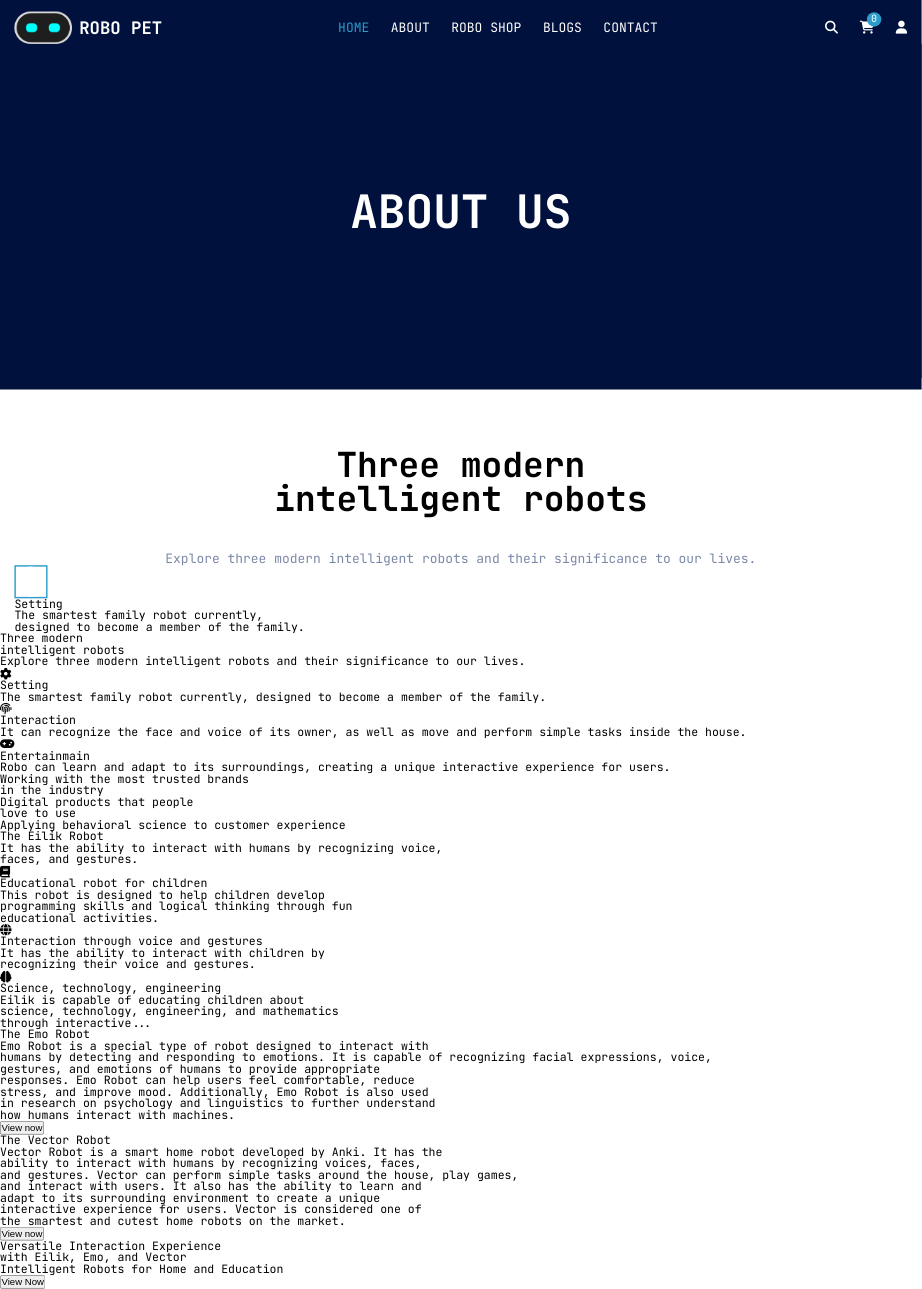
Repository: trietle101/du-an-1
Page: http://localhost/about.html
The author's editor kept a copy of each file at every save. The page is drawn from the files as they stood at one save, then again after the next save.
The browser window is 1280 px wide. The pictures show the whole page, at 72% of full size.
Some web libraries are served in a nearby version. The page is run by PHP 8.4 with error messages shown; the project is at /var/www/html/.

Above is the page before, as saved 2023-03-12 22:27:42.

### about.html
<!DOCTYPE html>
<html lang="en">
  <head>
    <meta charset="UTF-8" />
    <meta http-equiv="X-UA-Compatible" content="IE=edge" />
    <meta name="viewport" content="width=device-width, initial-scale=1.0" />
    <title>About</title>
    <link rel="stylesheet" href="assets/css/reset.css" />
    <link rel="preconnect" href="https://fonts.googleapis.com" />
    <link rel="preconnect" href="https://fonts.gstatic.com" crossorigin />
    <link rel="stylesheet" href="assets/css/about.css">
    <link
      href="https://fonts.googleapis.com/css2?family=JetBrains+Mono:wght@300;400;500;700&display=swap"
      rel="stylesheet"
    />
    <script
      src="https://kit.fontawesome.com/08ee78edd1.js"
      crossorigin="anonymous"
    ></script>
  </head>
  <body>
    <header class="header">
      <div class="container">
        <nav class="header-nav">
          <a href="#" class="header-logo">
            <img src="assets/img/logo.png" />
            <span>ROBO PET</span>
          </a>

          <ul class="nav__list">
            <li class="nav__item">
              <a href="#" class="nav__link active">Home</a>
            </li>
            <li class="nav__item">
              <a href="#" class="nav__link">About</a>
            </li>
            <li class="nav__item">
              <a href="#" class="nav__link">Robo shop</a>
            </li>
            <li class="nav__item">
              <a href="#" class="nav__link">Blogs</a>
            </li>
            <li class="nav__item">
              <a href="#" class="nav__link">Contact</a>
            </li>
          </ul>

          <ul class="nav__list">
            <li class="nav__item">
              <a href="" class="nav__link"
                ><i class="fa-solid fa-magnifying-glass"></i
              ></a>
            </li>
            <li class="nav__item">
              <a href="" class="nav__link absolute">
                <i class="fa-solid fa-cart-shopping"></i>
                <span>0</span>
              </a>
            </li>
            <li class="nav__item">
              <a href="" class="nav__link"><i class="fa-solid fa-user"></i></a>
            </li>
          </ul>
        </nav>
      </div>
      <div class="header-banner">
        <div class="container">
          <h1 class="banner-title">ABOUT US</h1>
        </div>
      </div>
    </header>
    <section class="modern">
      <div class="container">
        <h2 class="modern-title">Three modern <br> intelligent robots</h2>
        <p class="modern-desc">Explore three modern intelligent robots and their significance to our lives.</p>
        <div class="modern-box">
          <div class="modern-item">
            <i class="fa-solid fa-gear"></i>
            <h3 class="modern-box-title">Setting</h3>
            <p class="modern-box-desc">The smartest family robot currently, designed to become a member of the family.</p>
          </div>
        </div>
      </div>
    </section>

    <!--phần banner-->
    <div class="banner">
           </div>
           <div class="name2">
            <h2>Three modern <br>
              intelligent robots</h2>
            <p>Explore three modern intelligent robots and their significance to our lives.</p>

        <div class="box-top">
            <div class="namebox">
                <i class="fa-solid fa-gear"></i>
                <h3>Setting</h3>
                <p>The smartest family robot currently, designed to become a member of the family.</p>
            </div>


            <div  class="namebox">
              <i class="fa-solid fa-fingerprint"></i>
                <h3>Interaction</h3>
                <p>It can recognize the face and voice of its owner, as well as move and perform simple tasks inside the house.</p>
            </div>


            <div class="namebox">
              <i class="fa-solid fa-gamepad"></i>
                <h3>Entertainmain</h3>
                <p>Robo can learn and adapt to its surroundings, creating a unique interactive experience for users.</p>
            </div>
        </div>

        <div class="name2">
          <h2>Working with the most trusted brands <br> in the industry</h2>
        </div>

        <div class="banner2">
        </div>
        <div class="namebanner2">
          <h4>Digital products that people <br> love to use</h4>
          <p>Applying behavioral science to customer experience</p>
          <div class="box-text">
            <h5>The Eilik Robot</h5>
            <p>It has the ability to interact with humans by recognizing voice,<br> faces, and gestures.</p>
               <div class="box-content">
                <i class="fa-solid fa-book"></i>
                <h6>Educational robot for children</h6>
                <p>This robot is designed to help children develop <br> programming skills and logical thinking through fun <br> educational activities.</p>
               </div>

               <div class="box-content">
                <i class="fa-solid fa-globe"></i>
                <h6>Interaction through voice and gestures</h6>
                <p>It has the ability to interact with children by <br> recognizing their voice and gestures.</p>
               </div>

               <div class="box-content">
                <i class="fa-solid fa-brain"></i>
                <h6>Science, technology, engineering</h6>
                <p> Eilik is capable of educating children about <br> science, technology, engineering, and mathematics <br> through interactive...</p>
               </div>

          </div>
          <div class="box-content2">
            <h6>The Emo Robot</h6>
            <p>Emo Robot is a special type of robot designed to interact with <br> humans by detecting and responding to emotions.

              It is capable of recognizing facial expressions, voice,<br>  gestures, and emotions of humans to provide appropriate <br> responses. Emo Robot can help users feel comfortable, reduce <br> stress, and improve mood. Additionally, Emo Robot is also used <br> in research on psychology and linguistics to further understand <br> how humans interact with machines.</p>
          </div>

          <button>View now</button>

          <div class="box-content3">
            <h6>The Vector Robot</h6>
            <p>Vector Robot is a smart home robot developed by Anki. It has  the <br> ability to interact with humans by recognizing voices, faces, <br> and gestures.

              Vector can perform simple tasks around the house, play games, <br> and interact with users. It also has the ability to learn and <br> adapt to its surrounding environment to create a unique <br> interactive experience for users. Vector is considered one of <br> the smartest and cutest home robots on the market.</p>
              <button>View now</button>
            </div>
        </div>
        <div class="endbanner">
          <h2>Versatile Interaction Experience <br> with Eilik, Emo, and Vector</h2>
                <p>Intelligent Robots for Home and Education</p>
                <button>View Now</button>
        </div>
  </body>
  <script src="assets/script/script.js"></script>
</html>

### assets/css/reset.css
/* http://meyerweb.com/eric/tools/css/reset/
   v2.0 | 20110126
   License: none (public domain)
*/
html,
body,
div,
span,
applet,
object,
iframe,
h1,
h2,
h3,
h4,
h5,
h6,
p,
blockquote,
pre,
a,
abbr,
acronym,
address,
big,
cite,
code,
del,
dfn,
em,
img,
ins,
kbd,
q,
s,
samp,
small,
strike,
strong,
sub,
sup,
tt,
var,
b,
u,
i,
center,
dl,
dt,
dd,
ol,
ul,
li,
fieldset,
form,
label,
legend,
table,
caption,
tbody,
tfoot,
thead,
tr,
th,
td,
article,
aside,
canvas,
details,
embed,
figure,
figcaption,
footer,
header,
hgroup,
menu,
nav,
output,
ruby,
section,
summary,
time,
mark,
audio,
video {
  margin: 0;
  padding: 0;
  border: 0;
  font-size: 100%;
  font: inherit;
  vertical-align: baseline;
}

/* HTML5 display-role reset for older browsers */
article,
aside,
details,
figcaption,
figure,
footer,
header,
hgroup,
menu,
nav,
section {
  display: block;
}

body {
  line-height: 1;
}

ol,
ul {
  list-style: none;
}

blockquote,
q {
  quotes: none;
}

blockquote:before,
blockquote:after,
q:before,
q:after {
  content: "";
  content: none;
}

table {
  border-collapse: collapse;
  border-spacing: 0;
}

*,
*:after,
*:before {
  margin: 0;
  padding: 0;
  box-sizing: border-box;
}
ul,
li {
  list-style-type: none;
}
a {
  text-decoration: none;
}

### assets/css/about.css
:root {
  --primary-color: #00113d;
  --secondary-color: #2e9cca;
}

html {
  box-sizing: border-box;
}

img {
  display: block;
  max-width: 100%;
}

body {
  font-family: "JetBrains Mono", sans-serif;
  min-height: 100vh;
  margin: 0;
}
header {
  background: var(--primary-color);
  padding: 1em 0;
  width: 100%;
}
.container {
  max-width: 1240px;
  margin: 0 auto;
}

.header-nav {
  display: flex;
  justify-content: space-between;
  align-items: center;
  flex-wrap: nowrap;
}

.header-logo {
  display: flex;
  justify-content: center;
  align-items: center;
}

.header-logo span {
  text-decoration: none;
  color: #fff;
  font-size: 24px;
  font-weight: bold;
  margin-right: 0.5em;
  margin-left: 10px;
}

.nav__list {
  display: flex;
  justify-content: space-between;
  align-items: center;
  flex-wrap: nowrap;
}

.nav__item:not(:first-child) {
  margin-left: 30px;
}

.nav__link {
  color: #fff;
  text-decoration: none;
  text-transform: uppercase;
  transition: 0.3s ease-in-out;
  font-size: 18px;
}

.nav__link.active {
  color: var(--secondary-color);
}

.nav__link:hover {
  color: var(--secondary-color);
}

.nav__link:hover span {
  color: var(--secondary-color);
  background-color: #fff;
}

.nav__link.absolute {
  position: relative;
}

.nav__link span {
  position: absolute;
  display: inline-block;
  background-color: var(--secondary-color);
  width: 20px;
  height: 20px;
  font-size: 14px;
  text-align: center;
  padding-top: 2px;
  border-radius: 50%;
  top: -10px;
  left: 10px;
  transition: 0.3s ease-in-out;
}

.line-effect {
  width: 0;
  height: 2px;
  background-color: var(--secondary-color);
  position: fixed;
  pointer-events: none;
  transition: all 0.25s linear;
}
.header-banner {
  width: 100%;
  max-height: 500px;
  margin: 0 auto;
  background-color: #00113d;
  padding: 200px 0;
}
.banner-title {
  font-weight: 700;
  font-size: 64px;
  color: #fff;
  text-transform: uppercase;
  text-align: center;
}
.modern {
  padding-top: 80px;
}
.modern-title {
  font-weight: 700;
  font-size: 48px;
  text-align: center;
}
.modern-desc {
  font-weight: 400;
  font-size: 18px;
  color: #7b88a8;
  text-align: center;
  margin-top: 50px;
}
.modern-box {
  display: flex;
  justify-content: space-between;
  align-items: center;
  flex-wrap: nowrap;
}
.modern-item {
  max-width: 33.33%;
}
.modern-item i {
  font-size: 42px;
  border: 2px solid var(--secondary-color);
  color: #fff;
}

### assets/script/script.js
window.addEventListener("load", function () {
  // --- Menu ---
  const links = [...document.querySelectorAll(".nav__link")];
  links.forEach((item) => item.addEventListener("mouseenter", handleHoverLink));
  const line = document.createElement("div");
  line.classList = "line-effect";
  document.body.appendChild(line);

  function handleHoverLink(event) {
    const { left, top, width, height } = event.target.getBoundingClientRect();
    const offsetBottom = 5;
    line.style.width = `${width}px`;
    line.style.left = `${left}px`;
    line.style.top = `${top + height + offsetBottom}px`;
  }
  const menu = document.querySelector(".nav__list");
  menu.addEventListener("mouseleave", function () {
    line.style.width = 0;
  });

  const nav = document.querySelectorAll(".nav__link");
  nav.forEach((item) => {
    item.addEventListener("click", () => {
      nav.forEach((item) => {
        item.classList.remove("active");
      });
      item.classList.add("active");
    });
  });
});

After the next save:
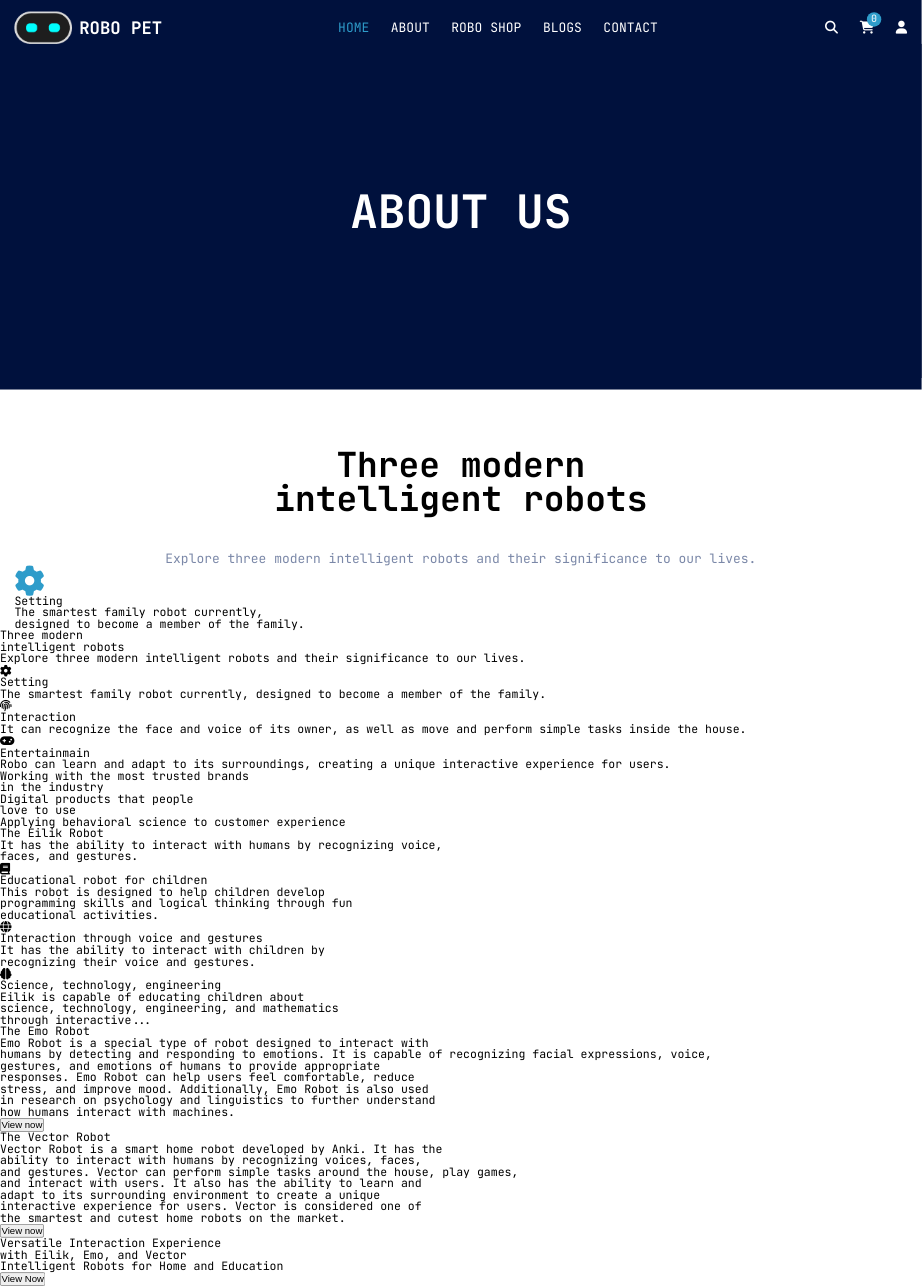
Saved 106 s later.
--- a/assets/css/about.css
+++ b/assets/css/about.css
@@ -148,6 +148,5 @@
 }
 .modern-item i {
   font-size: 42px;
-  border: 2px solid var(--secondary-color);
-  color: #fff;
+  color: var(--secondary-color);
 }
